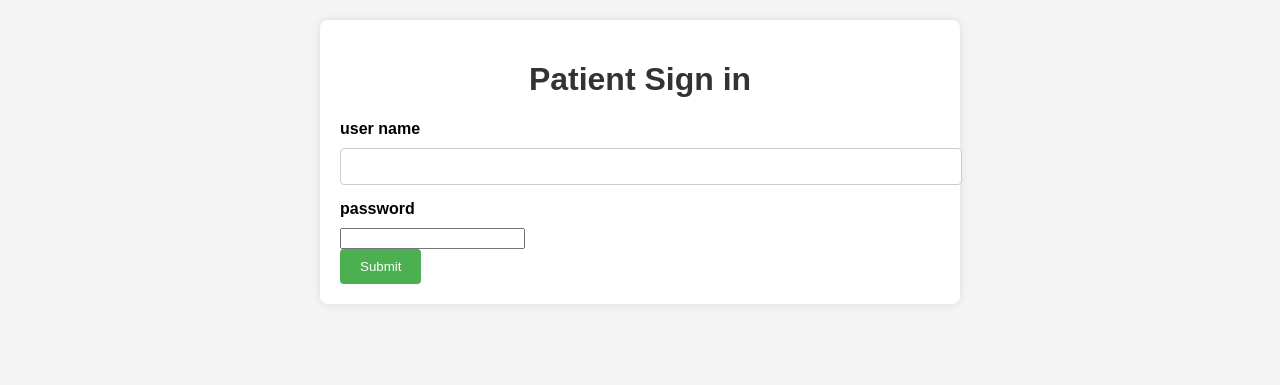
Repository: OmarAl-Saleh/Hospital-Emergency-System
Page: http://localhost/EmergencySystem/officer/sign-in.jsp
The author's editor kept a copy of each file at every save. The page is drawn from the files as they stood at one save, then again after the next save.
The browser window is 1280 px wide. The pictures show the whole page.
The page is served by Tomcat 9. Other server files are loaded and not shown.

Above is the page before, as saved 2024-05-22 12:57:22.

### EmergencySystem/EmergencySystem/src/main/webapp/officer/sign-in.jsp
<%@ page language="java" contentType="text/html; charset=ISO-8859-1"
    pageEncoding="ISO-8859-1"%>
<!DOCTYPE html>
<html>
<head>
<meta charset="ISO-8859-1">
<title>officer sign in page</title>
<style>
   body {
            font-family: Arial, sans-serif;
            background-color: #f4f4f4;
            margin: 0;
            padding: 20px;
        }

        form {
            background-color: white;
            padding: 20px;
            border-radius: 8px;
            box-shadow: 0 0 10px rgba(0, 0, 0, 0.1);
            max-width: 600px;
            margin: auto;
        }

        h1 {
            text-align: center;
            color: #333;
        }

        label {
            display: block;
            margin-bottom: 10px;
            font-weight: bold;
        }

    input[type="text"], input[type="email"], input[type="tel"] {
        width: 100%;
        padding: 10px;
        margin-bottom: 15px;
        border: 1px solid #ccc;
        border-radius: 4px;
    }

    input[type="checkbox"] {
        margin-bottom: 15px;
    }

    input[type="submit"] {
        background-color: #4CAF50;
        color: white;
        border: none;
        padding: 10px 20px;
        cursor: pointer;
        border-radius: 4px;
    }

    input[type="submit"]:hover {
        background-color: #45a049;
    }

    .hidden-section {
        display: none;
    }
</style>

</head>
<body>
<form action="patient" method="get">
    <h1>Patient Sign in </h1>
    <input type="hidden" name="source" value="sign-in"/>
    <label>user name</label>
    <input type="text" name="name" required/>
    <br>
    <label>password</label>
    <input type="password" name="password" required/>
    <br>
    <input type="submit" value="Submit" />
</form>
</body>
</html>

After the next save:
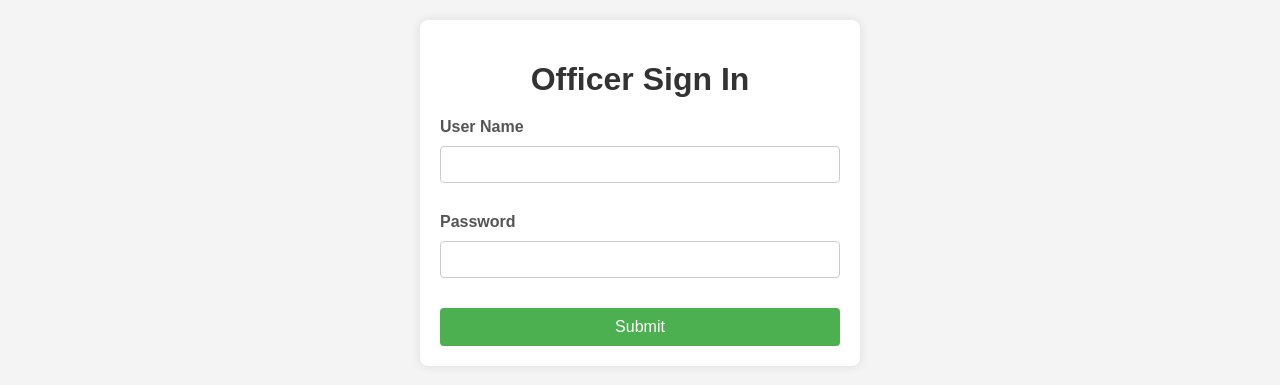
Saved 84 s later.
--- a/EmergencySystem/EmergencySystem/src/main/webapp/officer/sign-in.jsp
+++ b/EmergencySystem/EmergencySystem/src/main/webapp/officer/sign-in.jsp
@@ -1,48 +1,46 @@
-<%@ page language="java" contentType="text/html; charset=ISO-8859-1"
-    pageEncoding="ISO-8859-1"%>
+<%@ page language="java" contentType="text/html; charset=ISO-8859-1" pageEncoding="ISO-8859-1"%>
 <!DOCTYPE html>
 <html>
 <head>
 <meta charset="ISO-8859-1">
-<title>officer sign in page</title>
+<title>Officer Sign In Page</title>
 <style>
-   body {
-            font-family: Arial, sans-serif;
-            background-color: #f4f4f4;
-            margin: 0;
-            padding: 20px;
-        }
+    body {
+        font-family: Arial, sans-serif;
+        background-color: #f4f4f4;
+        margin: 0;
+        padding: 20px;
+    }
 
-        form {
-            background-color: white;
-            padding: 20px;
-            border-radius: 8px;
-            box-shadow: 0 0 10px rgba(0, 0, 0, 0.1);
-            max-width: 600px;
-            margin: auto;
-        }
+    form {
+        background-color: white;
+        padding: 20px;
+        border-radius: 8px;
+        box-shadow: 0 0 10px rgba(0, 0, 0, 0.1);
+        max-width: 400px;
+        margin: auto;
+    }
 
-        h1 {
-            text-align: center;
-            color: #333;
-        }
+    h1 {
+        text-align: center;
+        color: #333;
+        margin-bottom: 20px;
+    }
 
-        label {
-            display: block;
-            margin-bottom: 10px;
-            font-weight: bold;
-        }
+    label {
+        display: block;
+        margin-bottom: 10px;
+        font-weight: bold;
+        color: #555;
+    }
 
-    input[type="text"], input[type="email"], input[type="tel"] {
+    input[type="text"], input[type="password"], input[type="email"], input[type="tel"] {
         width: 100%;
         padding: 10px;
         margin-bottom: 15px;
         border: 1px solid #ccc;
         border-radius: 4px;
-    }
-
-    input[type="checkbox"] {
-        margin-bottom: 15px;
+        box-sizing: border-box;
     }
 
     input[type="submit"] {
@@ -52,29 +50,32 @@
         padding: 10px 20px;
         cursor: pointer;
         border-radius: 4px;
+        width: 100%;
+        font-size: 16px;
     }
 
     input[type="submit"]:hover {
         background-color: #45a049;
     }
 
-    .hidden-section {
-        display: none;
+    .form-group {
+        margin-bottom: 15px;
     }
 </style>
-
 </head>
 <body>
 <form action="patient" method="get">
-    <h1>Patient Sign in </h1>
+    <h1>Officer Sign In</h1>
     <input type="hidden" name="source" value="sign-in"/>
-    <label>user name</label>
-    <input type="text" name="name" required/>
-    <br>
-    <label>password</label>
-    <input type="password" name="password" required/>
-    <br>
-    <input type="submit" value="Submit" />
+    <div class="form-group">
+        <label for="name">User Name</label>
+        <input type="text" id="name" name="name" required/>
+    </div>
+    <div class="form-group">
+        <label for="password">Password</label>
+        <input type="password" id="password" name="password" required/>
+    </div>
+    <input type="submit" value="Submit"/>
 </form>
 </body>
 </html>
